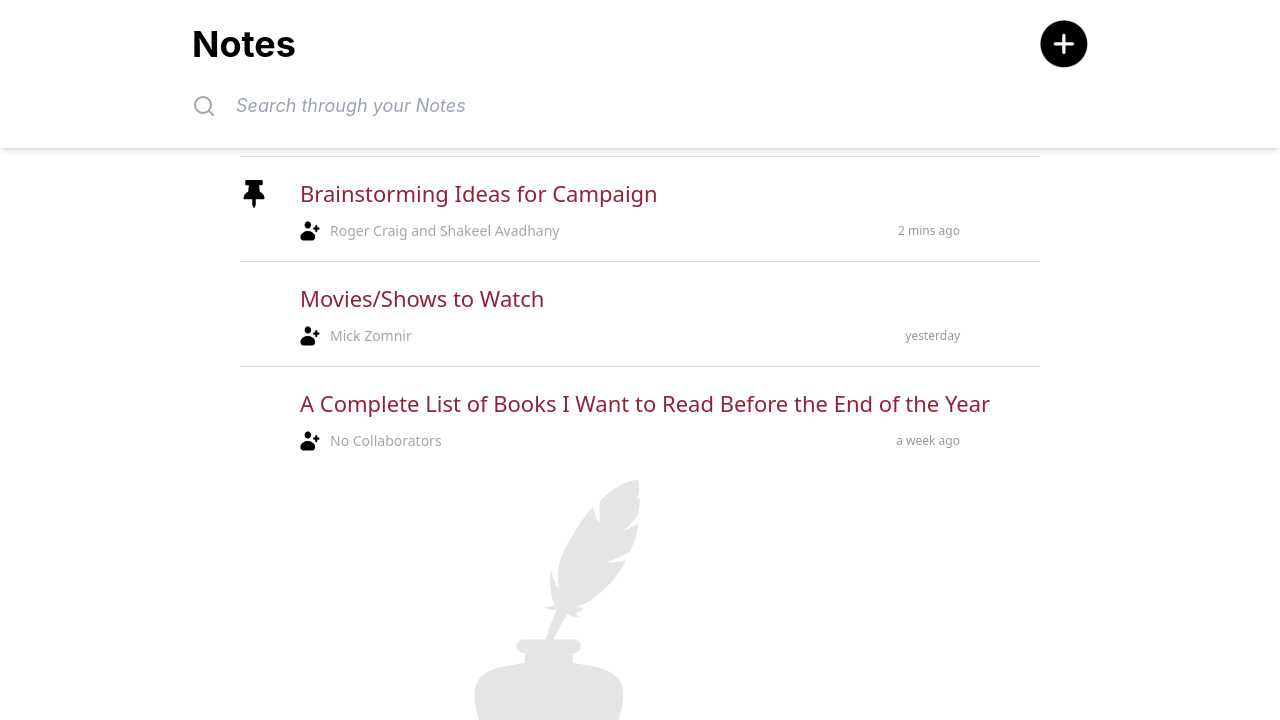
Repository: shabiasaeed/Notes-app
Page: /
The author's editor kept a copy of each file at every save. The page is drawn from the files as they stood at one save, then again after the next save.
The browser window is 1280 px wide. The pictures show the whole page.
The project was rebuilt for these pictures with package versions that can differ from the ones it lists, and the page was loaded fresh each time. Also part of the build but not shown: src/components/Header.css, src/App.css.

Above is the page before, as saved 2025-01-01 18:01:21.

After the next save:
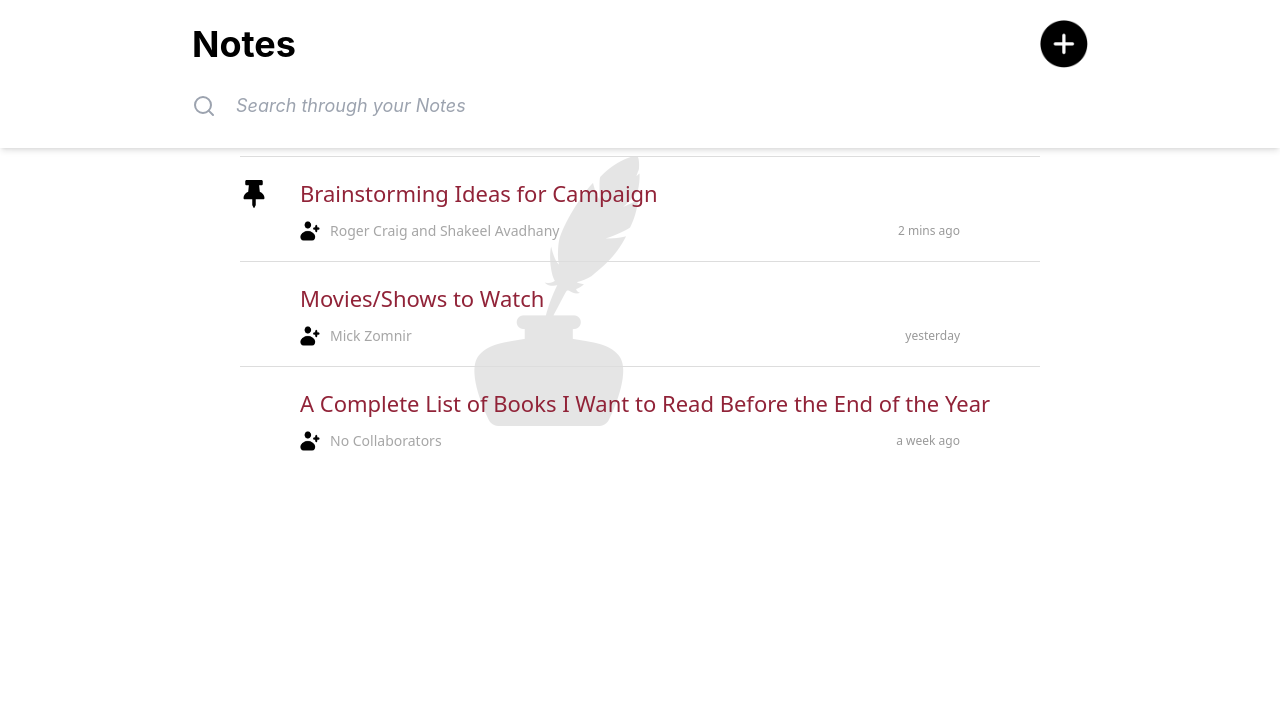
Saved 14 s later.
--- a/src/App.js
+++ b/src/App.js
@@ -49,7 +49,7 @@
     <div className="App">
       <Header setSearchNotes={setSearchNotes}/>
       <main className="p-2 relative flex flex-col items-center font-sans">
-        <img src={backgroundInk} alt="Ink Element" className="fixed top-2/3 left-1/8 transform -translate-x-1/2 z-[-1] w-26"/>
+        <img src={backgroundInk} alt="Ink Element" className="fixed top-2/5 left-1/8 transform -translate-x-1/2 z-[-1] w-26"/>
         {sortedNotes.map((note, index) => (
           <Note key={index} title={note.title} author={note.author} time={note.time} pinned={note.pinned} onDelete={handleDelete} onPinToggle={handlePinToggle}/>
         ))}

After the save that followed:
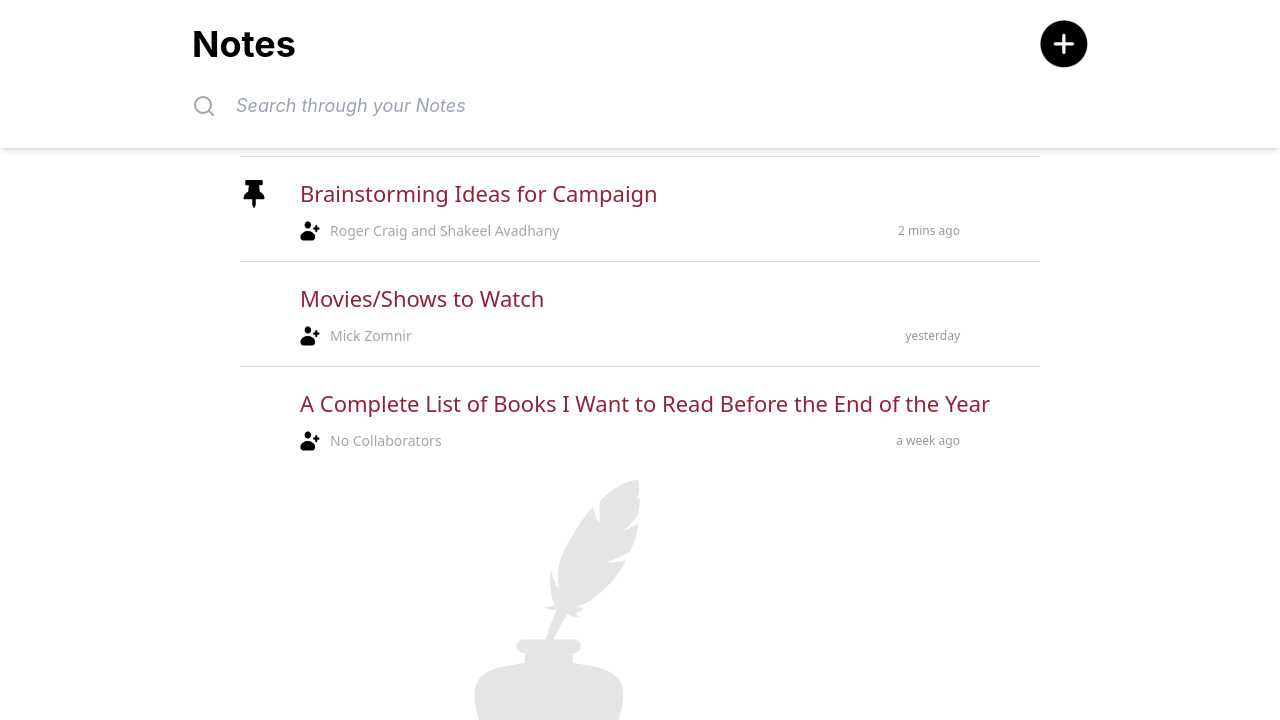
Saved 10 s later.
--- a/src/App.js
+++ b/src/App.js
@@ -49,7 +49,7 @@
     <div className="App">
       <Header setSearchNotes={setSearchNotes}/>
       <main className="p-2 relative flex flex-col items-center font-sans">
-        <img src={backgroundInk} alt="Ink Element" className="fixed top-2/5 left-1/8 transform -translate-x-1/2 z-[-1] w-26"/>
+        <img src={backgroundInk} alt="Ink Element" className="fixed top-2/3 left-1/8 transform -translate-x-1/2 z-[-1] w-26"/>
         {sortedNotes.map((note, index) => (
           <Note key={index} title={note.title} author={note.author} time={note.time} pinned={note.pinned} onDelete={handleDelete} onPinToggle={handlePinToggle}/>
         ))}
